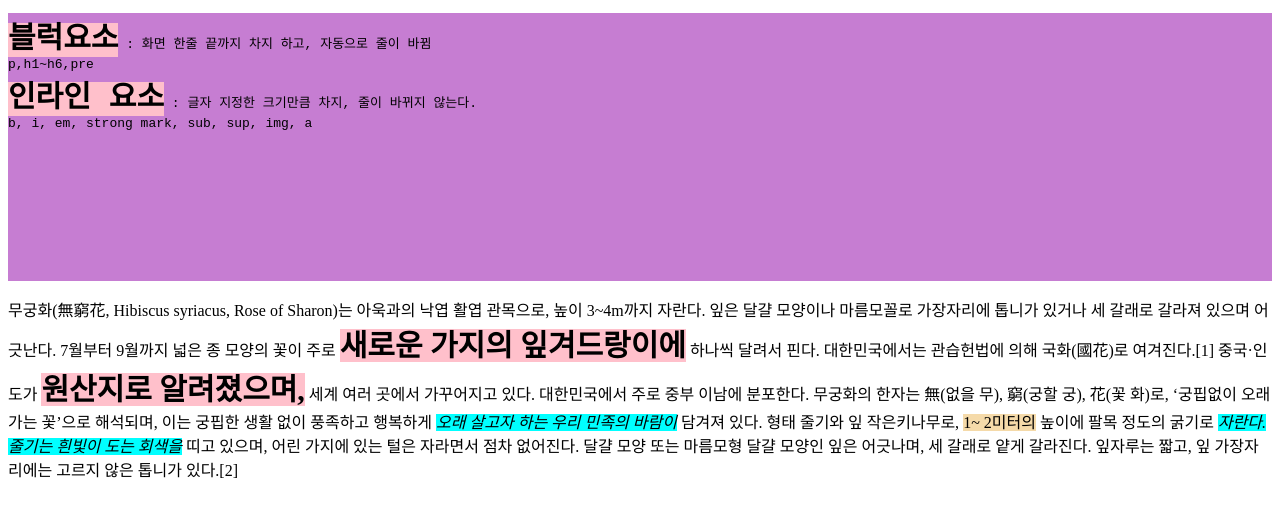
Repository: sH1222J/SH_DDit_WEB_study
Page: workspace/webpro/src/main/webapp/0304/텍스트서식.html
These files come from the project's save history. The page is drawn as it stood at one moment and after the next save; the edit follows.
The browser window is 1280 px wide. The pictures show the whole page.

Above is the page before, as saved 2025-03-04 03:32:10.

After the next save:
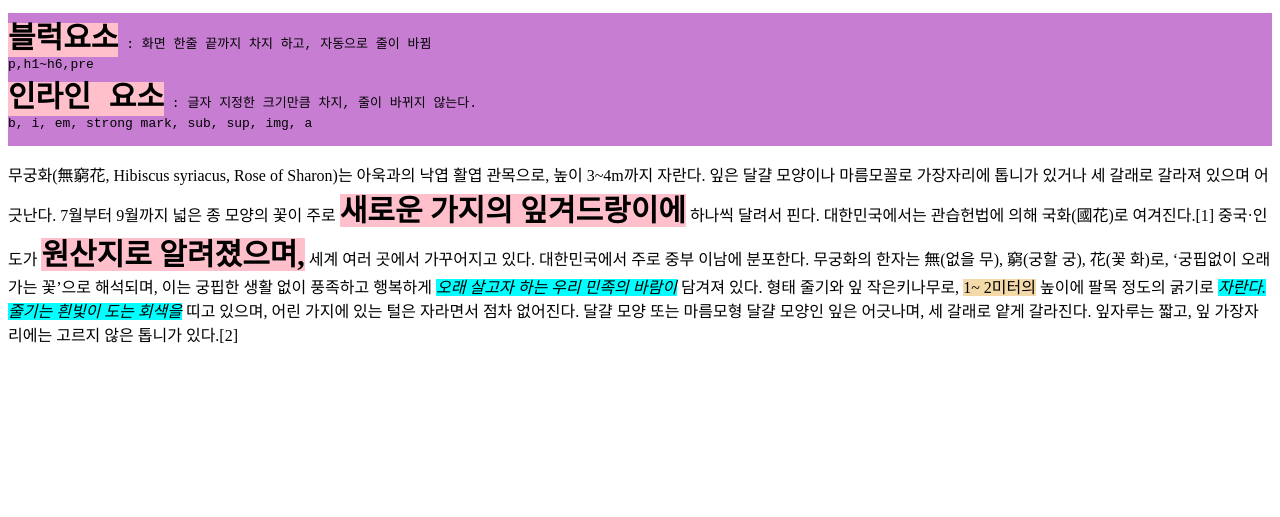
Saved 23 s later.
--- a/workspace/webpro/src/main/webapp/0304/텍스트서식.html
+++ b/workspace/webpro/src/main/webapp/0304/텍스트서식.html
@@ -32,18 +32,7 @@ p,h1~h6,pre
 <b>인라인 요소</b> : 글자 지정한 크기만큼 차지, 줄이 바뀌지 않는다.
 b, i, em, strong mark, sub, sup, img, a
 
-
-
-
-
-
-
-
-
-
 </pre>
-
-
 
 	<p>
 		무궁화(無窮花, Hibiscus syriacus, Rose of Sharon)는 아욱과의 낙엽 활엽 관목으로, 높이
@@ -59,23 +48,5 @@ b, i, em, strong mark, sub, sup, img, a
 		가장자리에는 고르지 않은 톱니가 있다.[2]
 	</p>
 
-
-
-
-
-
-
-
-
-
-
-
-
-
-
-
-
-
-
 </body>
 </html>
